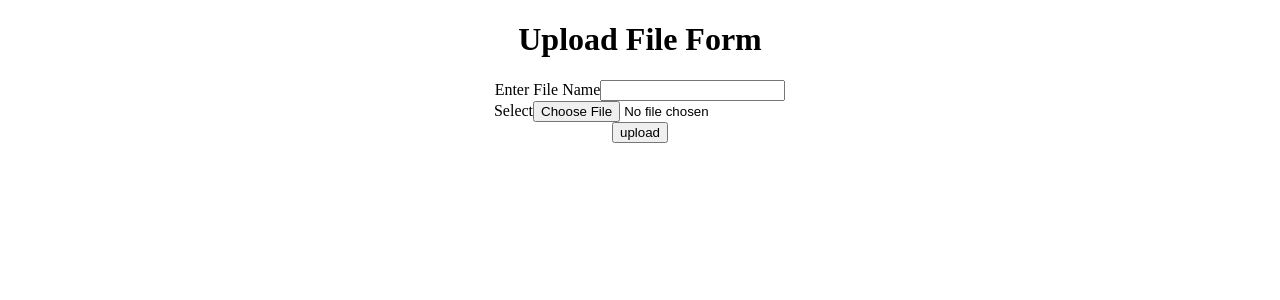
Repository: ThaysaM/upload-de-imagem-java-web
Page: http://localhost/projetoSelecao_Servelet/
An editor plug-in stored every save of this project. The page is shown before and after the next save, followed by the edit.
The browser window is 1280 px wide. The pictures show the whole page.
The page is served by Tomcat 9.

Above is the page before, as saved 2020-09-13 15:07:15.

After the next save:
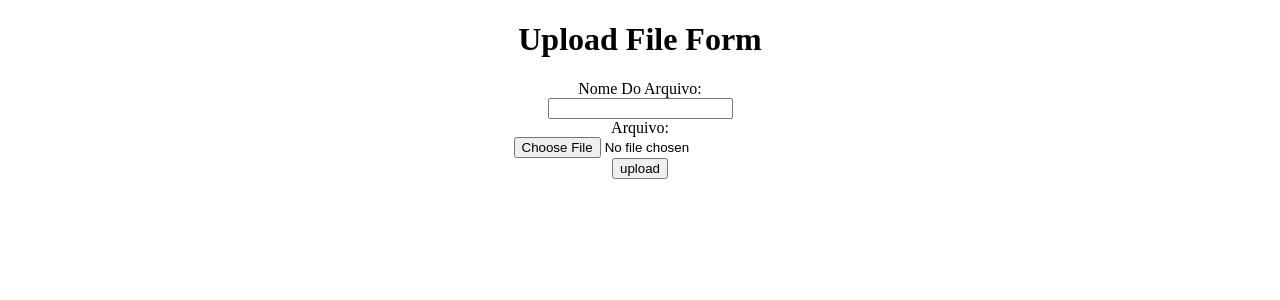
Saved 31 min 41 s later.
--- a/projetoSelecao Servelet/WebContent/index.jsp
+++ b/projetoSelecao Servelet/WebContent/index.jsp
@@ -13,8 +13,10 @@
 <h1>Upload File Form</h1>
 
 		<form action="ProjetoUpload" enctype="multipart/form-data" method="post">
-             Enter File Name<input type="text" name="file_name"><br>
-			 Select<input type="file" name="file2" /><br>
+             Nome Do Arquivo:<br/>
+             <input type="text" name="file_name" placeholder><br>
+			 Arquivo:<br/>
+			 <input type="file" name="file2" /><br>
              <input type="submit" value="upload" />
         </form>
 
